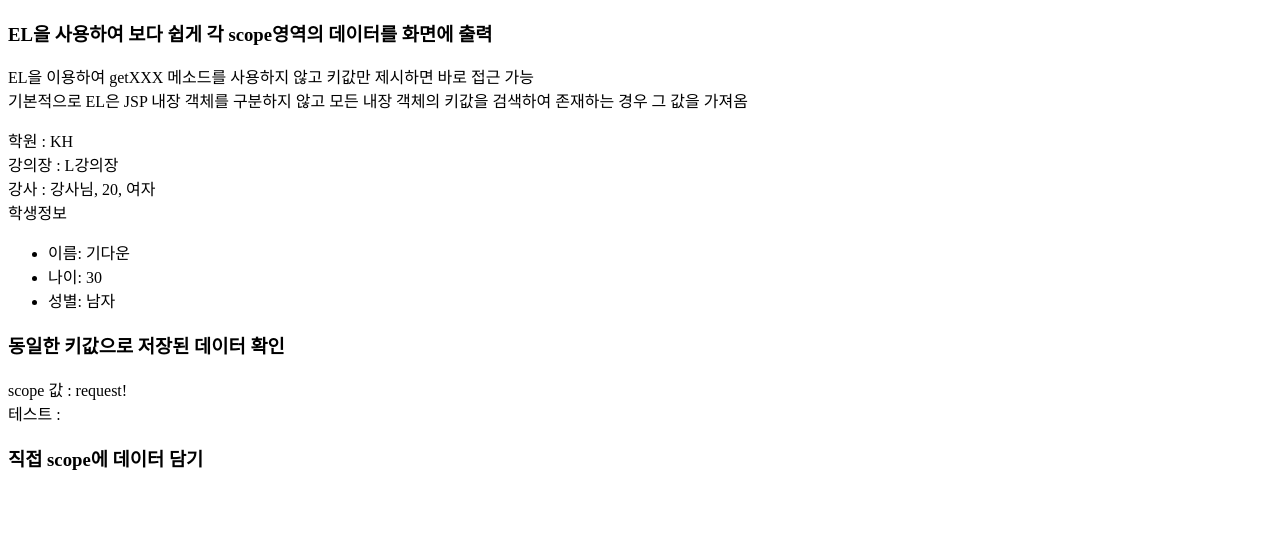
Repository: hailey-516/servlet
Page: http://localhost/3_elAction/el.do
The author's editor kept a copy of each file at every save. The page is drawn from the files as they stood at one save, then again after the next save.
The browser window is 1280 px wide. The pictures show the whole page.
The page is served by Tomcat 9.

Above is the page before, as saved 2024-08-26 03:20:07.

After the next save:
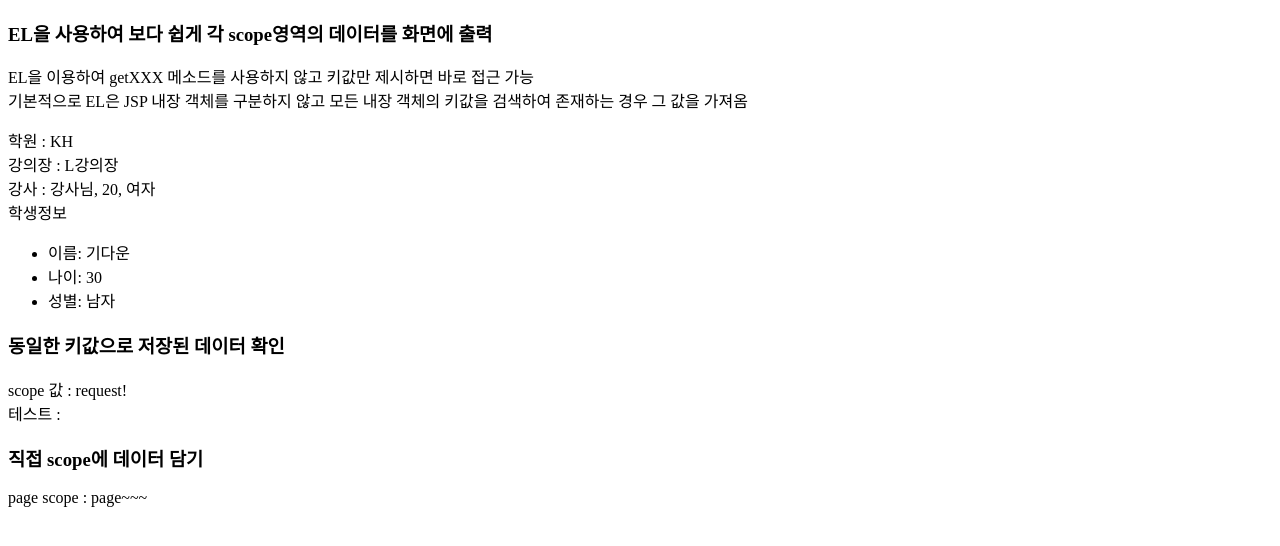
Saved 46 s later.
--- a/3_elAction/src/main/webapp/views/1_EL/01_el.jsp
+++ b/3_elAction/src/main/webapp/views/1_EL/01_el.jsp
@@ -70,5 +70,7 @@
 	 	pageContext.setAttribute("scope", "page~~~");
 	 %>
 
+	 page scope : ${ scope }
+
 </body>
 </html>
